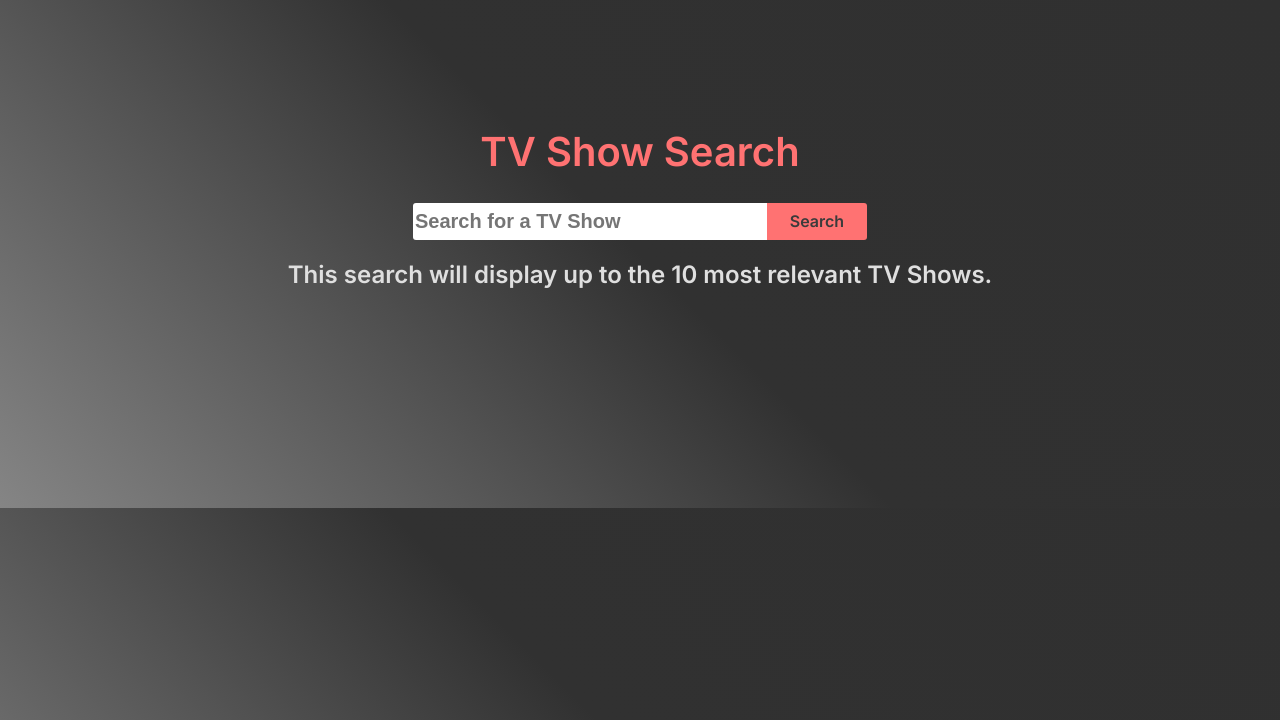
Repository: shayanabedi98/tv-search-react
Page: /
The author's editor kept a copy of each file at every save. The page is drawn from the files as they stood at one save, then again after the next save.
The browser window is 1280 px wide. The pictures show the whole page.
The project was rebuilt for these pictures with package versions that can differ from the ones it lists, and the page was loaded fresh each time. Also part of the build but not shown: vite.config.js.

Above is the page before, as saved 2024-01-09 15:36:27.

### index.html
<!doctype html>
<html lang="en">
  <head>
    <meta charset="UTF-8" />
    <link rel="icon" type="image/svg+xml" href="https://www.svgrepo.com/show/503669/tv.svg" />
    <meta name="viewport" content="width=device-width, initial-scale=1.0" />
    <title>TV Show Search | React</title>
  </head>
  <body>
    <div id="root"></div>
    <script type="module" src="/src/main.jsx"></script>
  </body>
</html>

### src/App.jsx
import { useState } from "react";
import { v4 as uuid } from "uuid";
import List from "./List";
import Search from "./Search";

function App() {
  const [input, setInput] = useState();
  const [showList, setShowList] = useState([]);

  const fetchShow = async () => {
    try {
      if (input) {
        const response = await fetch(
          `https://api.tvmaze.com/search/shows?q=${input}`
        );
        const responseJson = await response.json();
        let newList = [];
        for (let i = 0; i < responseJson.length; i++) {
          if (responseJson[i].show.image) {
            newList.push({
              id: uuid(),
              name: responseJson[i].show.name,
              img: responseJson[i].show.image.medium,
              genres: responseJson[i].show.genres.join(', '),
              language: responseJson[i].show.language,
              rating: responseJson[i].show.rating.average,
            });
          }
        }
        setShowList(newList);
        console.log(responseJson);
      }
    } catch (err) {
      return err;
    }
  };

  const handleChange = (e) => {
    setInput(e.target.value);
  };

  return (
    <div className="bg">
      <Search fetchShow={fetchShow} input={input} handleChange={handleChange} />
      <List showList={showList} />
    </div>
  );
}

export default App;

### src/index.css
@import url('https://fonts.googleapis.com/css2?family=Inter:wght@600&display=swap');

@keyframes move-bg {
  0% { background-position: 0% 50%; }
  100% { background-position: -100% 50%; }
}

body {
  font-family: 'Inter', sans-serif;
  margin: 0;
  padding: 0;
  color: rgb(223, 223, 223);
  width: 100%;
  background: linear-gradient(45deg, rgb(133, 133, 133), rgb(49, 49, 49), rgb(48, 48, 48));
}

.search {
  margin: 100px auto 100px auto;
  text-align: center;
  width: 950px;
  display: grid;
  place-items: center;
}

.search-bar {
  display: flex;
  place-items: center;
}

.search h1 {
  font-size: 40px;
  color: rgb(255, 114, 114);
}

.search input {
  border: none;
  height: 35px;
  width: 350px;
  font-size: 20px;
  outline: none;
  color: rgb(104, 104, 104);
  font-weight: 700;
  border-radius: 3px 0 0 3px;
}

.search input:focus {
  outline: 2px grey solid;
}

.search input:focus + button {
  outline: 2px grey solid;
}

.search button {
  height: 37px;
  padding: 1px 2px;
  width: 100px;
  font-family: 'Inter', sans-serif;
  border: none;
  background-color: rgb(255, 114, 114);
  color: rgb(59, 59, 59);;
  font-size: 16px;
  border-radius: 0 3px 3px 0;
  cursor: pointer;
}

.list {
  width: 1100px;
  margin: 100px auto;
  display: grid;
  place-items: center;
  grid-template-columns: repeat(3, 1fr);
}

.card {
  background-color: rgb(29, 29, 29);
  text-align: center;
  width: 290px;
  height: 500px;
  padding: 20px;
  display: grid;
  place-items: center;
  margin: 50px auto;
  border-radius: 5px;
  box-shadow: rgba(0, 0, 0, 0.3) 0px 2px 8px 0px;
  cursor: pointer;
  transition: 0.5s;
}

.card:hover {
  transform: scale(1.05);
}

@media (max-width: 1150px) {

  .search {
    width: 100%;
  }

  .list {
    grid-template-columns: 1fr 1fr;
    width: 100%;
  }
}

@media (max-width: 700px) {

  .search h2 {
    width: 90%;
  }

  .list {
    grid-template-columns: 1fr;
  }
}

@media (max-width: 500px) {

  .search input {
    height: 28px;
    width: 90%;
  }
  .search button {
    height: 30px;
    width: 100px;
  }
}

@media (max-width: 400px) {
  .card {
    width: 250px;
    height: 440px;
  }

  .card img {
    width: 70%;
  }
}

### src/List.jsx
import React from "react";

const List = ({ showList }) => {
  return (
    <div className="list-container">
      <div className="list">
        {showList.length > 0 &&
          showList.map((show) => {
            return (
              <div className="card" key={show.id}>
                <h2>{show.name}</h2>
                <img src={show.img} alt={`cover photo of ${show.name}`} />
                <p>
                  <span>Language: </span>
                  {show.language}
                </p>
                  {show.genres}
                <p>
                  {show.rating ? `Rating: ${show.rating}⭐` : "Rating: N/A"}
                </p>
              </div>
            );
          })}
      </div>
    </div>
  );
};

export default List;

### src/Search.jsx
import React from "react";

const Search = ({ fetchShow, input, handleChange }) => {
  return (
    <div className="search">
        <h1>TV Show Search</h1>
      <div className="search-bar">
        <input
          type="text"
          onKeyDown={(e) => e.key === "Enter" && fetchShow()}
          onChange={handleChange}
          value={input}
          placeholder="Search for a TV Show"
        />
        <button onClick={fetchShow}>Search</button>
      </div>
      <h2>This search will display up to the 10 most relevant TV Shows.</h2>
    </div>
  );
};

export default Search;

Loaded but not shown: src/main.jsx (common file)

After the next save:
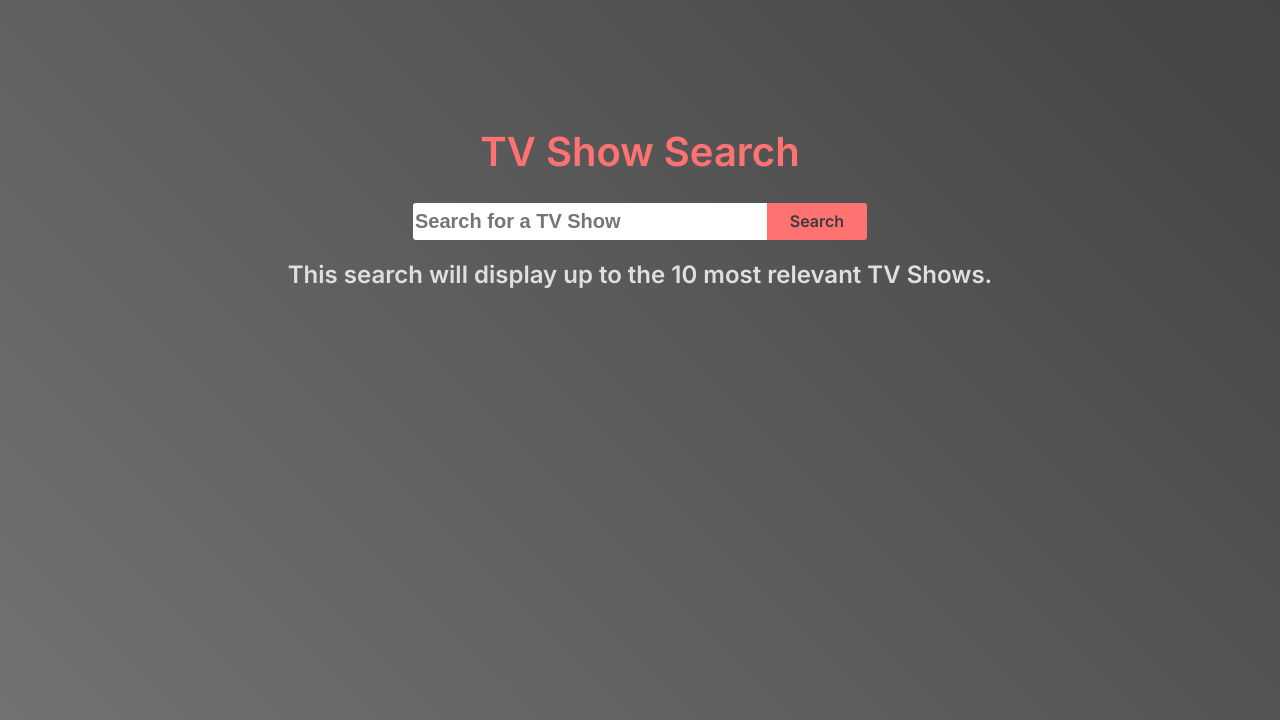
Saved 44 s later.
--- a/src/index.css
+++ b/src/index.css
@@ -11,7 +11,9 @@ body {
   padding: 0;
   color: rgb(223, 223, 223);
   width: 100%;
-  background: linear-gradient(45deg, rgb(133, 133, 133), rgb(49, 49, 49), rgb(48, 48, 48));
+  background: linear-gradient(45deg, rgb(133, 133, 133), rgb(70, 70, 70), rgb(48, 48, 48));
+  background-size: 300% 300%;
+  animation: move-bg ease-in-out infinite;
 }
 
 .search {
